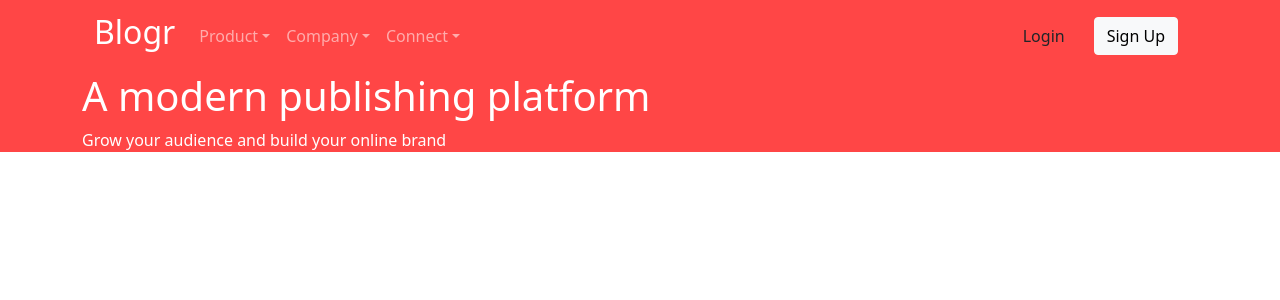
Repository: badhon252/blogr-landing-page
Page: /
These files come from the project's save history. The page is drawn as it stood at one moment and after the next save; the edit follows.
The browser window is 1280 px wide. The pictures show the whole page.
The project was rebuilt for these pictures with package versions that can differ from the ones it lists, and the page was loaded fresh each time.

Above is the page before, as saved 2022-01-17 23:04:39.

### public/index.html
<!DOCTYPE html>
<html lang="en">

<head>
  <meta charset="utf-8" />
  <link rel="icon" href="%PUBLIC_URL%/favicon.ico" />
  <meta name="viewport" content="width=device-width, initial-scale=1" />
  <meta name="theme-color" content="#000000" />
  <meta name="description" content="Web site created using create-react-app" />
  <link rel="apple-touch-icon" href="%PUBLIC_URL%/logo192.png" />

  <link rel="manifest" href="%PUBLIC_URL%/manifest.json" />
  <!-- Bootstrap css  -->
  <link href="https://cdn.jsdelivr.net/npm/bootstrap@5.1.3/dist/css/bootstrap.min.css" rel="stylesheet"
    integrity="sha384-1BmE4kWBq78iYhFldvKuhfTAU6auU8tT94WrHftjDbrCEXSU1oBoqyl2QvZ6jIW3" crossorigin="anonymous">


  <title>Blogr</title>
</head>

<body>
  <noscript>You need to enable JavaScript to run this app.</noscript>
  <div id="root"></div>

  <!-- Bootstrap js  -->
  <script src="https://cdn.jsdelivr.net/npm/bootstrap@5.1.3/dist/js/bootstrap.bundle.min.js"
    integrity="sha384-ka7Sk0Gln4gmtz2MlQnikT1wXgYsOg+OMhuP+IlRH9sENBO0LRn5q+8nbTov4+1p"
    crossorigin="anonymous"></script>

</body>

</html>

### src/App.js
import Maincomp from "./components/MainComp";

function App() {
  return (
    <div className="App">
      <Maincomp />
    </div>
  );
}

export default App;

### src/components/MainComp.js
import React from "react";
import Header from "./Header/Header";

const Maincomp = () => {
  return (
    <div>
      <Header />
    </div>
  );
};

export default Maincomp;

### src/components/Header/Header.js
import React from "react";
import Nav from "./Nav";
import "../styles/index.css";

export default function Header() {
  return (
    <div className="header">
      <div className="container">
        <Nav />
        <div className="justify">
          <h1>A modern publishing platform</h1>
          <p className="header-p">
            Grow your audience and build your online brand
          </p>
        </div>
      </div>
    </div>
  );
}

### src/components/Header/Nav.js
import React from "react";
import "../styles/index.css";
const Nav = () => {
  return (
    <div>
      <nav className="navbar navbar-expand-lg navbar-dark">
        <div className="container-fluid">
          <a className="navbar-brand" href="/">
            <h2>Blogr</h2>
          </a>
          <button
            className="navbar-toggler"
            type="button"
            data-bs-toggle="collapse"
            data-bs-target="#navbarSupportedContent"
            aria-controls="navbarSupportedContent"
            aria-expanded="false"
            aria-label="Toggle navigation"
          >
            <span className="navbar-toggler-icon"></span>
          </button>
          <div className="collapse navbar-collapse" id="navbarSupportedContent">
            <ul className="navbar-nav mb-2 mb-lg-0">
              <li className="nav-item dropdown">
                <a
                  className="nav-link dropdown-toggle"
                  href="/"
                  id="navbarDropdown"
                  role="button"
                  data-bs-toggle="dropdown"
                  aria-expanded="false"
                >
                  Product
                </a>
                <ul className="dropdown-menu" aria-labelledby="navbarDropdown">
                  <li>
                    <a className="dropdown-item" href="/">
                      Action
                    </a>
                  </li>
                  <li>
                    <a className="dropdown-item" href="/">
                      Another action
                    </a>
                  </li>
                  <li>
                    <hr className="dropdown-divider" />
                  </li>
                  <li>
                    <a className="dropdown-item" href="/">
                      Something else here
                    </a>
                  </li>
                </ul>
              </li>{" "}
              <li className="nav-item dropdown">
                <a
                  className="nav-link dropdown-toggle"
                  href="/"
                  id="navbarDropdown"
                  role="button"
                  data-bs-toggle="dropdown"
                  aria-expanded="false"
                >
                  Company
                </a>
                <ul className="dropdown-menu" aria-labelledby="navbarDropdown">
                  <li>
                    <a className="dropdown-item" href="/">
                      Action
                    </a>
                  </li>
                  <li>
                    <a className="dropdown-item" href="/">
                      Another action
                    </a>
                  </li>
                  <li>
                    <hr className="dropdown-divider" />
                  </li>
                  <li>
                    <a className="dropdown-item" href="/">
                      Something else here
                    </a>
                  </li>
                </ul>
              </li>{" "}
              <li className="nav-item dropdown">
                <a
                  className="nav-link dropdown-toggle"
                  href="/"
                  id="navbarDropdown"
                  role="button"
                  data-bs-toggle="dropdown"
                  aria-expanded="false"
                >
                  Connect
                </a>
                <ul className="dropdown-menu" aria-labelledby="navbarDropdown">
                  <li>
                    <a className="dropdown-item" href="/">
                      Action
                    </a>
                  </li>
                  <li>
                    <a className="dropdown-item" href="/">
                      Another action
                    </a>
                  </li>
                  <li>
                    <hr className="dropdown-divider" />
                  </li>
                  <li>
                    <a className="dropdown-item" href="/">
                      Something else here
                    </a>
                  </li>
                </ul>
              </li>
            </ul>
            {/* login & sign-up */}
            <ul className="navbar-nav ms-auto">
              <li className="nav-login">
                <a className="nav-link" href="/">
                  <button type="button" class="btn">
                    Login
                  </button>
                </a>
              </li>{" "}
              <li className="nav-signup">
                <a className="nav-link" href="/">
                  <button type="button" class="btn btn-light">
                    Sign Up
                  </button>
                </a>
              </li>
            </ul>
          </div>
        </div>
      </nav>
    </div>
  );
};

export default Nav;

### src/components/styles/index.css
.header {
  background-color: rgb(255, 70, 70);
  color: rgb(255, 255, 255);
  /* clip-path: circle(73.8% at 63% 38%); */
}
/* .header-nav {
  color: #fff;

} */
.singup,
.login {
  color: aliceblue;
}

Loaded but not shown: src/index.js (common file); src/reportWebVitals.js (common file)

After the next save:
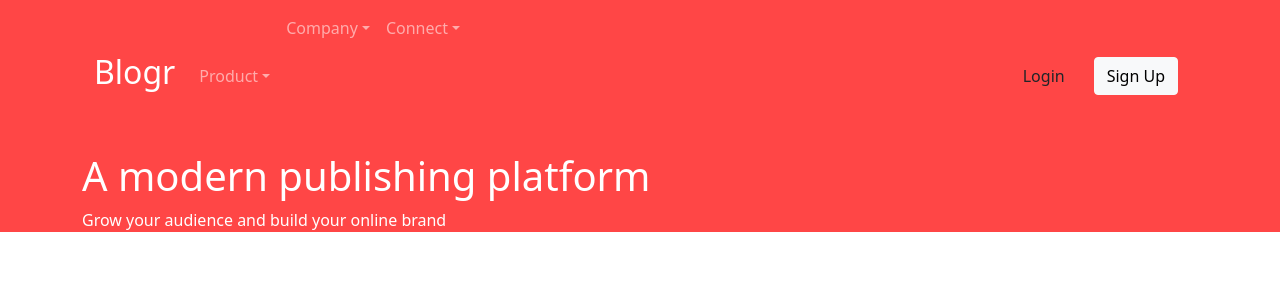
Saved 60 s later.
--- a/src/components/Header/Nav.js
+++ b/src/components/Header/Nav.js
@@ -21,7 +21,7 @@
           </button>
           <div className="collapse navbar-collapse" id="navbarSupportedContent">
             <ul className="navbar-nav mb-2 mb-lg-0">
-              <li className="nav-item dropdown">
+              <li className="nav-item dropdown py-5">
                 <a
                   className="nav-link dropdown-toggle"
                   href="/"

After the save that followed:
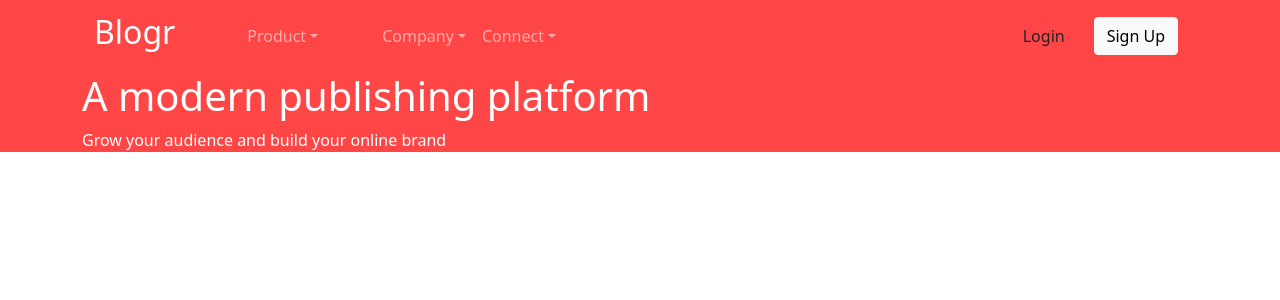
Saved 9 s later.
--- a/src/components/Header/Nav.js
+++ b/src/components/Header/Nav.js
@@ -21,7 +21,7 @@
           </button>
           <div className="collapse navbar-collapse" id="navbarSupportedContent">
             <ul className="navbar-nav mb-2 mb-lg-0">
-              <li className="nav-item dropdown py-5">
+              <li className="nav-item dropdown px-5">
                 <a
                   className="nav-link dropdown-toggle"
                   href="/"
